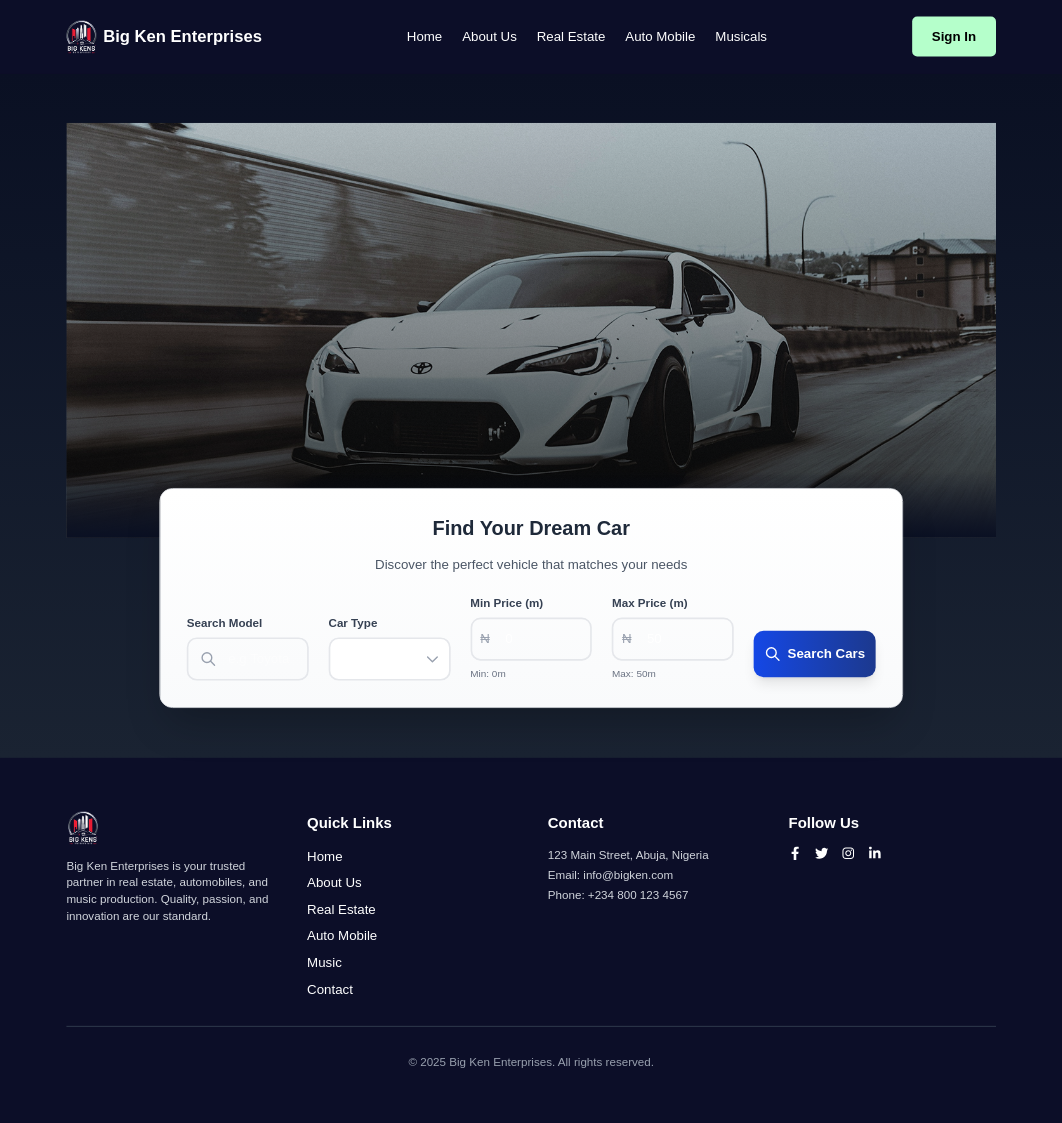
Repository: techvaro/Big-kens-realty-Frontend-react-
Page: /auto-mobile (app in big-kens-realty/)
An editor plug-in stored every save of this project. The page is shown before and after a run of saves, followed by the edit.
The browser window is 1280 px wide. The pictures show the whole page, at 83% of full size.
The project was rebuilt for these pictures with package versions that can differ from the ones it lists, and the page was loaded fresh each time. Also part of the build but not shown: big-kens-realty/vite.config.js, big-kens-realty/src/components/Home/hero.jsx, big-kens-realty/src/components/Home/Services.jsx, big-kens-realty/src/components/Home/Stats.jsx, big-kens-realty/src/components/Home/About.jsx, big-kens-realty/src/components/Home/FeaturedProperties.jsx, big-kens-realty/src/components/Home/AutoMobileSale.jsx, big-kens-realty/src/components/Home/RecentProductions.jsx and 11 more.

Above is the page before, as saved 2025-12-10 11:31:54.

After the next 2 saves:
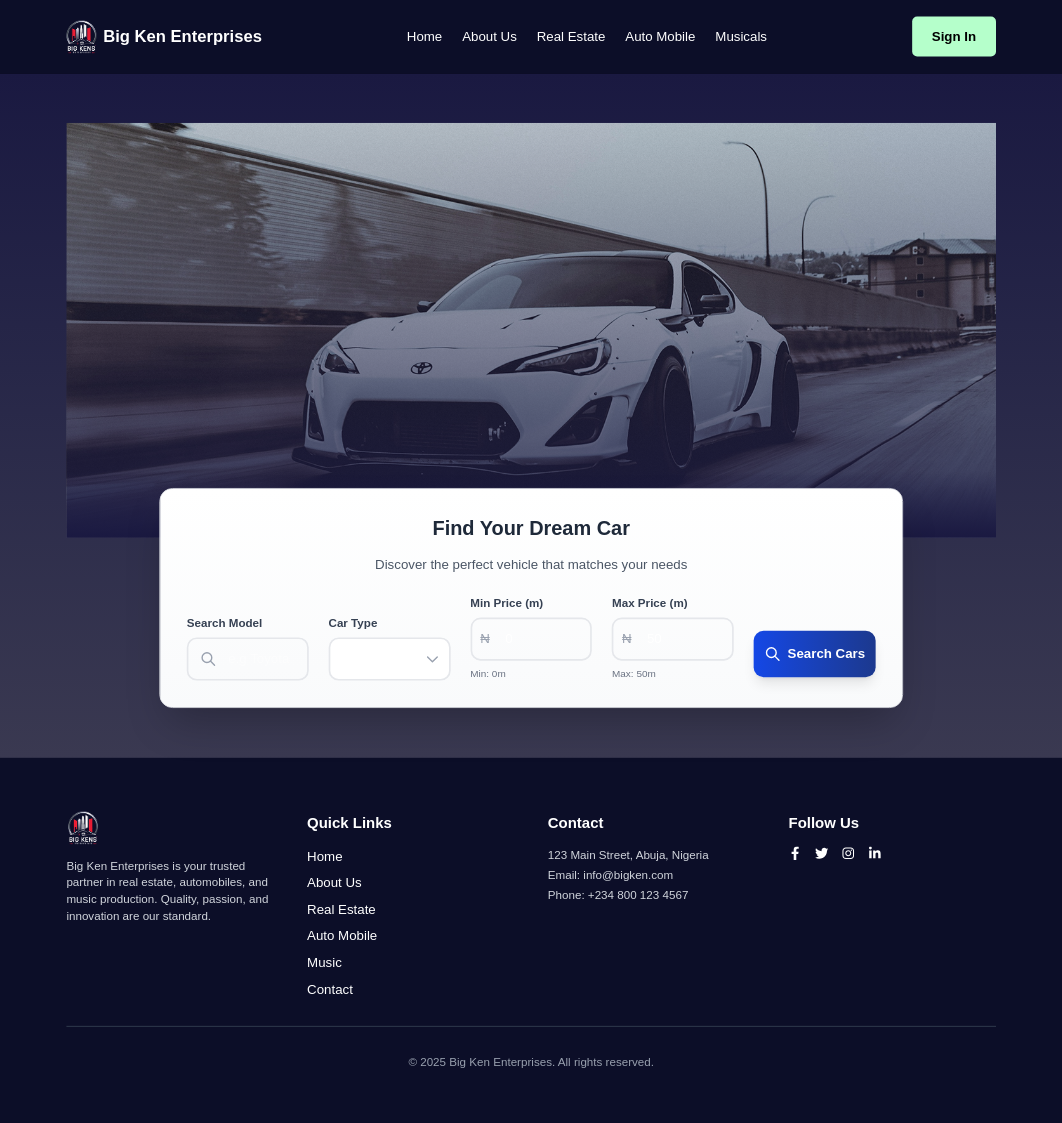
The 2 saves are shown as one change because they came seconds apart.
The last was saved 8 s later.
--- a/big-kens-realty/src/components/Car/Hero.jsx
+++ b/big-kens-realty/src/components/Car/Hero.jsx
@@ -25,7 +25,7 @@ export default function HeroSearchSection() {
   };
 
   return (
-    <section className="relative bg-gradient-to-b from-[#0A1023] to-[#1a2332] pb-16">
+    <section className="relative bg-gradient-to-b from-[#1A1941] to-[#3a3951] pb-16">
       {/* Hero Image with enhanced overlay */}
       <div className="relative overflow-hidden">
         <img
@@ -34,8 +34,8 @@ export default function HeroSearchSection() {
           alt="Luxury cars background"
         />
         {/* Gradient overlay for better visual appeal */}
-        <div className="absolute inset-0 bg-gradient-to-t from-black/70 via-black/30 to-transparent"></div>
-        <div className="absolute bottom-0 left-0 right-0 h-20 bg-gradient-to-t from-[#0A1023] to-transparent"></div>
+        <div className="absolute inset-0 bg-gradient-to-t from-[#1A1941]/80 via-[#1A1941]/40 to-transparent"></div>
+        <div className="absolute bottom-0 left-0 right-0 h-20 bg-gradient-to-t from-[#1A1941] to-transparent"></div>
       </div>
 
       {/* Enhanced Search Box */}
